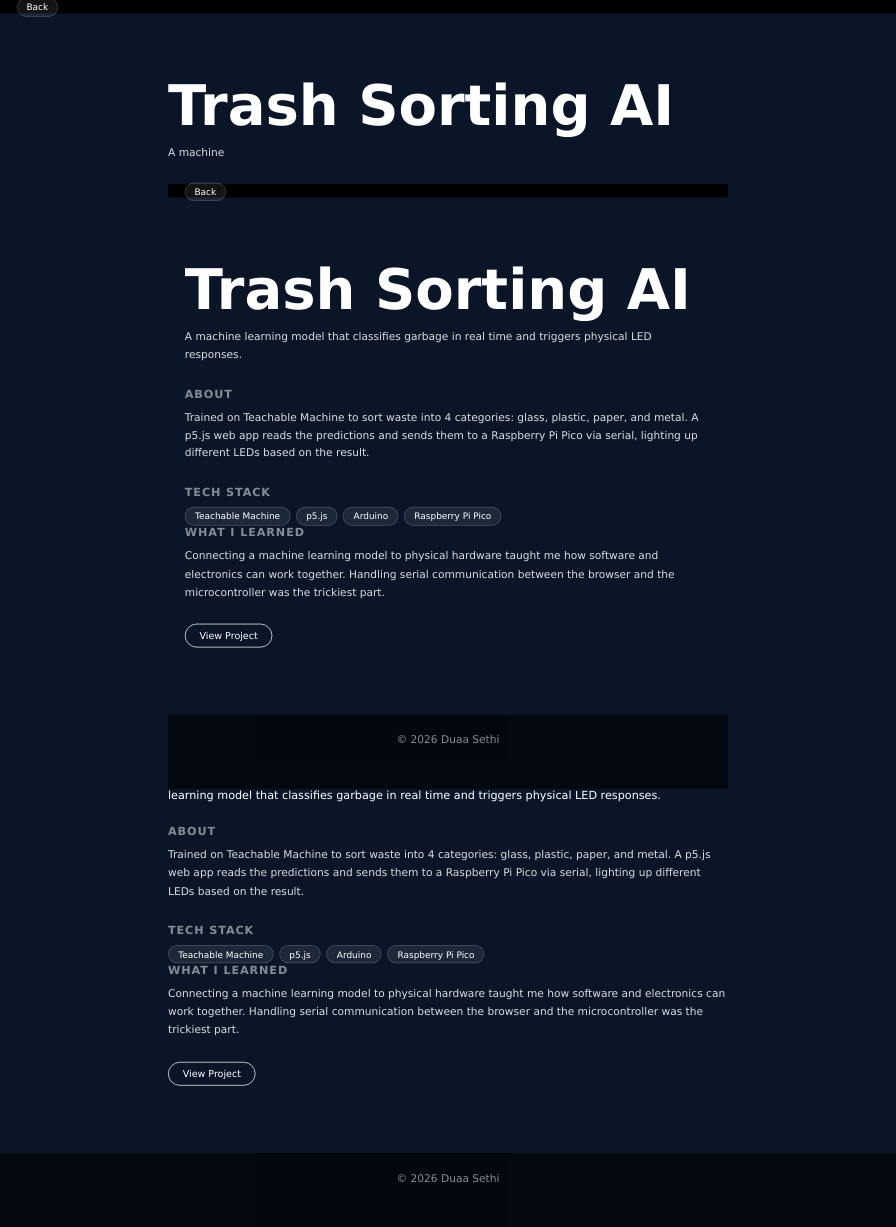
Repository: Duaa-Sethi/Duaa-Sethi
Page: pages/trash-sorting.html
An editor plug-in stored every save of this project. The page is shown before and after the next save, followed by the edit.
The browser window is 1280 px wide. The pictures show the whole page, at 70% of full size.
Some web fonts or font styles are not loaded; a fallback is used.

Above is the page before, as saved 2026-05-08 17:32:41.

### pages/trash-sorting.html
<!doctype html>
<html lang="en">
  <head>
    <meta charset="UTF-8" />
    <meta name="viewport" content="width=device-width, initial-scale=1.0" />
    <title>Trash Sorting AI | Duaa Sethi</title>
    <link rel="stylesheet" href="../styles/globals.css" />
    <link rel="stylesheet" href="../styles/project.css" />
  </head>
  <body>
    <nav>
      <ul>
        <li><a href="../index.html" class="tag">Back</a></li>
      </ul>
    </nav>

    <main>
      <h1>Trash Sorting AI</h1>
      <p>
        A machine <!doctype html>
        <html lang="en">
          <head>
            <meta charset="UTF-8" />
            <meta
              name="viewport"
              content="width=device-width, initial-scale=1.0"
            />
            <title>Trash Sorting AI | Duaa Sethi</title>
            <link rel="stylesheet" href="../styles/globals.css" />
            <link rel="stylesheet" href="../styles/project.css" />
          </head>
          <body>
            <nav>
              <ul>
                <li><a href="../index.html" class="tag">Back</a></li>
              </ul>
            </nav>

            <main>
              <h1>Trash Sorting AI</h1>
              <p>
                A machine learning model that classifies garbage in real time
                and triggers physical LED responses.
              </p>

              <h2>About</h2>
              <p>
                Trained on Teachable Machine to sort waste into 4 categories:
                glass, plastic, paper, and metal. A p5.js web app reads the
                predictions and sends them to a Raspberry Pi Pico via serial,
                lighting up different LEDs based on the result.
              </p>

              <h2>Tech Stack</h2>
              <ul class="tags">
                <li>Teachable Machine</li>
                <li>p5.js</li>
                <li>Arduino</li>
                <li>Raspberry Pi Pico</li>
              </ul>

              <h2>What I Learned</h2>
              <p>
                Connecting a machine learning model to physical hardware taught
                me how software and electronics can work together. Handling
                serial communication between the browser and the microcontroller
                was the trickiest part.
              </p>

              <a
                href="https://editor.p5js.org/duairfansethi/full/mdRLpCkG2"
                target="blank"
                class="btn"
                >View Project</a
              >
            </main>

            <footer>
              <p>© 2026 Duaa Sethi</p>
            </footer>
          </body>
        </html>
        learning model that classifies garbage in real time and triggers
        physical LED responses.
      </p>

      <h2>About</h2>
      <p>
        Trained on Teachable Machine to sort waste into 4 categories: glass,
        plastic, paper, and metal. A p5.js web app reads the predictions and
        sends them to a Raspberry Pi Pico via serial, lighting up different LEDs
        based on the result.
      </p>

      <h2>Tech Stack</h2>
      <ul class="tags">
        <li>Teachable Machine</li>
        <li>p5.js</li>
        <li>Arduino</li>
        <li>Raspberry Pi Pico</li>
      </ul>

      <h2>What I Learned</h2>
      <p>
        Connecting a machine learning model to physical hardware taught me how
        software and electronics can work together. Handling serial
        communication between the browser and the microcontroller was the
        trickiest part.
      </p>

      <a
        href="https://editor.p5js.org/duairfansethi/full/mdRLpCkG2"
        target="blank"
        class="btn"
        >View Project</a
      >
    </main>

    <footer>
      <p>© 2026 Duaa Sethi</p>
    </footer>
  </body>
</html>

### styles/globals.css
/* FONT DEFS */
@font-face {
  font-family: "main font";
  src: url(../assets/fonts/NewsCycle-Regular.ttf);
}

/* CROSS PAGE STYLES */
body {
  font-family: "main font", Verdana, sans-serif;
  color: white;
  margin: 0;
}

h1 {
  font-weight: bold;
  font-size: 1.5rem; /* too small for desktop*/
}

a {
  text-decoration: none;
  color: white;
}
h2,
h3 {
  margin: 0;
}
a:hover {
  text-decoration: underline;
}
ul {
  list-style: none;
  padding: 0;
  margin: 0;
}

### styles/project.css
body {
  background-color: #0a1628;
}
nav {
  background-color: black;
  padding: 0 1.5rem;
}
nav ul {
  display: flex;
}
.tag {
  background-color: rgba(255, 255, 255, 0.08);
  border: 1px solid rgba(255, 255, 255, 0.2);
  border-radius: 20px;
  padding: 0.3rem 0.8rem;
  font-size: 0.8rem;
}
.tag:hover {
  background-color: rgba(255, 255, 255, 0.15);
  text-decoration: none;
}
main {
  max-width: 800px;
  margin: auto;
  padding: 2rem 1.5rem;
}

h1 {
  font-size: 2rem;
  margin-bottom: 0.5rem;
}
h2 {
  font-size: 1rem;
  opacity: 0.5;
  text-transform: uppercase;
  letter-spacing: 0.08em;
  margin-bottom: 0.75rem;
}
p {
  font-size: 0.95rem;
  line-height: 1.7;
  opacity: 0.85;
  margin: 0 0 2rem 0;
}
.tags {
  display: flex;
  flex-wrap: wrap;
  gap: 0.5rem;
  text-align: left;
}

.tags li {
  background-color: rgba(255, 255, 255, 0.08);
  border: 1px solid rgba(255, 255, 255, 0.2);
  border-radius: 20px;
  padding: 0.3rem 0.85rem;
  font-size: 0.8rem;
}
.btn {
  display: inline-block;
  border: 1px solid white;
  padding: 0.5rem 1.25rem;
  border-radius: 20px;
  font-size: 0.85rem;
}

.btn:hover {
  background-color: white;
  color: #0a1628;
  text-decoration: none;
}
footer {
  text-align: center;
  padding: 1.5rem;
  background-color: black;
  font-size: 0.85rem;
  opacity: 0.6;
  margin-top: 4rem;
}

@media (min-width: 600px) {
  h1 {
    font-size: 3.5rem;
  }
}

@media (min-width: 992px) {
  h1 {
    font-size: 5rem;
  }
}

After the next save:
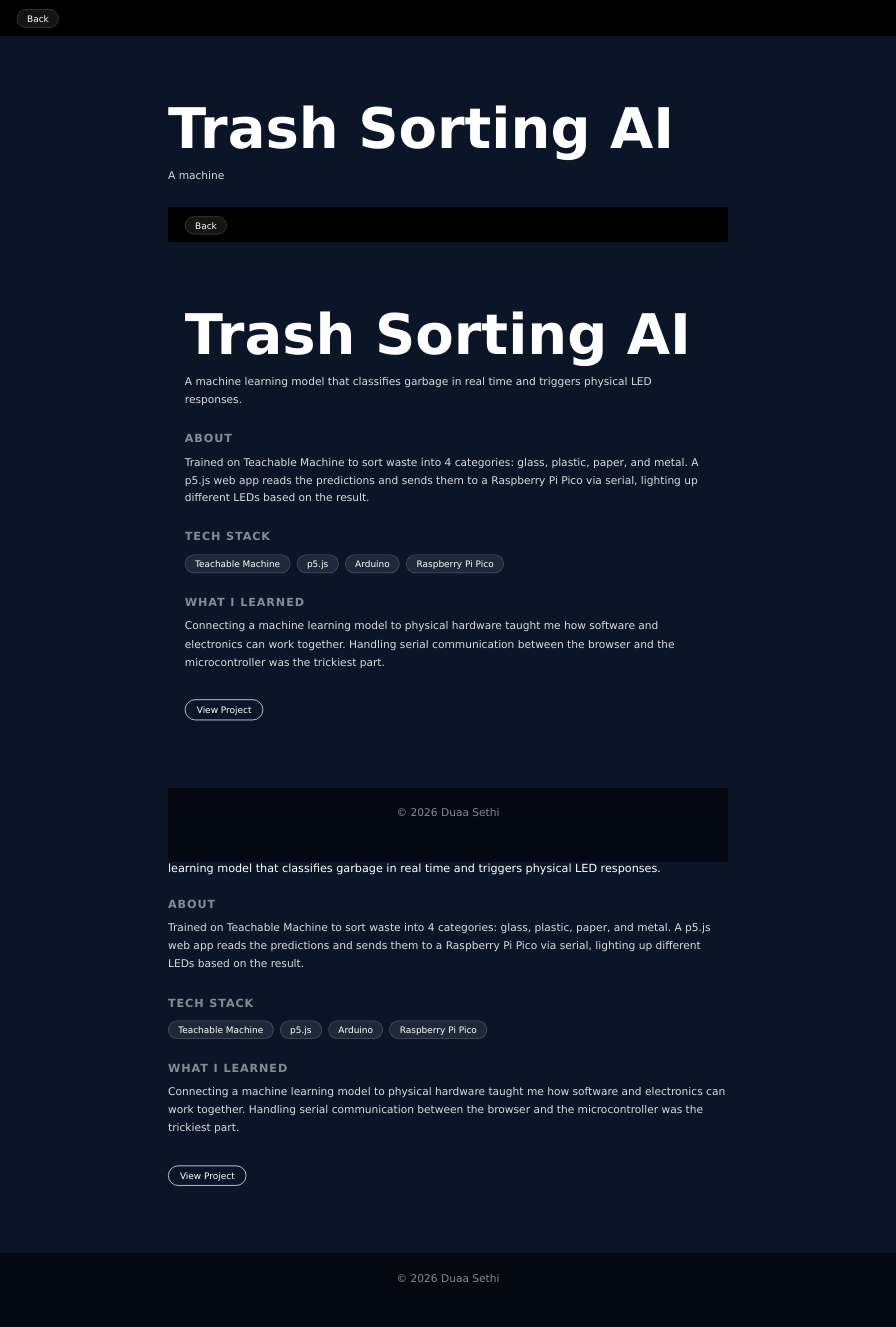
Saved 4 min 39 s later.
--- a/styles/project.css
+++ b/styles/project.css
@@ -1,27 +1,35 @@
 body {
   background-color: #0a1628;
 }
+
 nav {
+  position: sticky;
+  top: 0;
   background-color: black;
   padding: 0 1.5rem;
 }
+
 nav ul {
   display: flex;
+  padding: 1rem 0;
 }
+
 .tag {
   background-color: rgba(255, 255, 255, 0.08);
   border: 1px solid rgba(255, 255, 255, 0.2);
   border-radius: 20px;
-  padding: 0.3rem 0.8rem;
+  padding: 0.3rem 0.85rem;
   font-size: 0.8rem;
 }
+
 .tag:hover {
   background-color: rgba(255, 255, 255, 0.15);
   text-decoration: none;
 }
+
 main {
   max-width: 800px;
-  margin: auto;
+  margin: 0 auto;
   padding: 2rem 1.5rem;
 }
 
@@ -29,6 +37,7 @@ h1 {
   font-size: 2rem;
   margin-bottom: 0.5rem;
 }
+
 h2 {
   font-size: 1rem;
   opacity: 0.5;
@@ -36,32 +45,31 @@ h2 {
   letter-spacing: 0.08em;
   margin-bottom: 0.75rem;
 }
+
 p {
   font-size: 0.95rem;
   line-height: 1.7;
   opacity: 0.85;
   margin: 0 0 2rem 0;
 }
-.tags {
-  display: flex;
-  flex-wrap: wrap;
-  gap: 0.5rem;
-  text-align: left;
-}
 
 .tags li {
+  display: inline-block;
   background-color: rgba(255, 255, 255, 0.08);
   border: 1px solid rgba(255, 255, 255, 0.2);
   border-radius: 20px;
   padding: 0.3rem 0.85rem;
   font-size: 0.8rem;
+  margin: 0.25rem 0.25rem 2rem 0;
 }
+
 .btn {
   display: inline-block;
   border: 1px solid white;
-  padding: 0.5rem 1.25rem;
+  padding: 0.4rem 1rem;
   border-radius: 20px;
-  font-size: 0.85rem;
+  font-size: 0.8rem;
+  margin-top: 0.5rem;
 }
 
 .btn:hover {
@@ -69,6 +77,7 @@ p {
   color: #0a1628;
   text-decoration: none;
 }
+
 footer {
   text-align: center;
   padding: 1.5rem;
